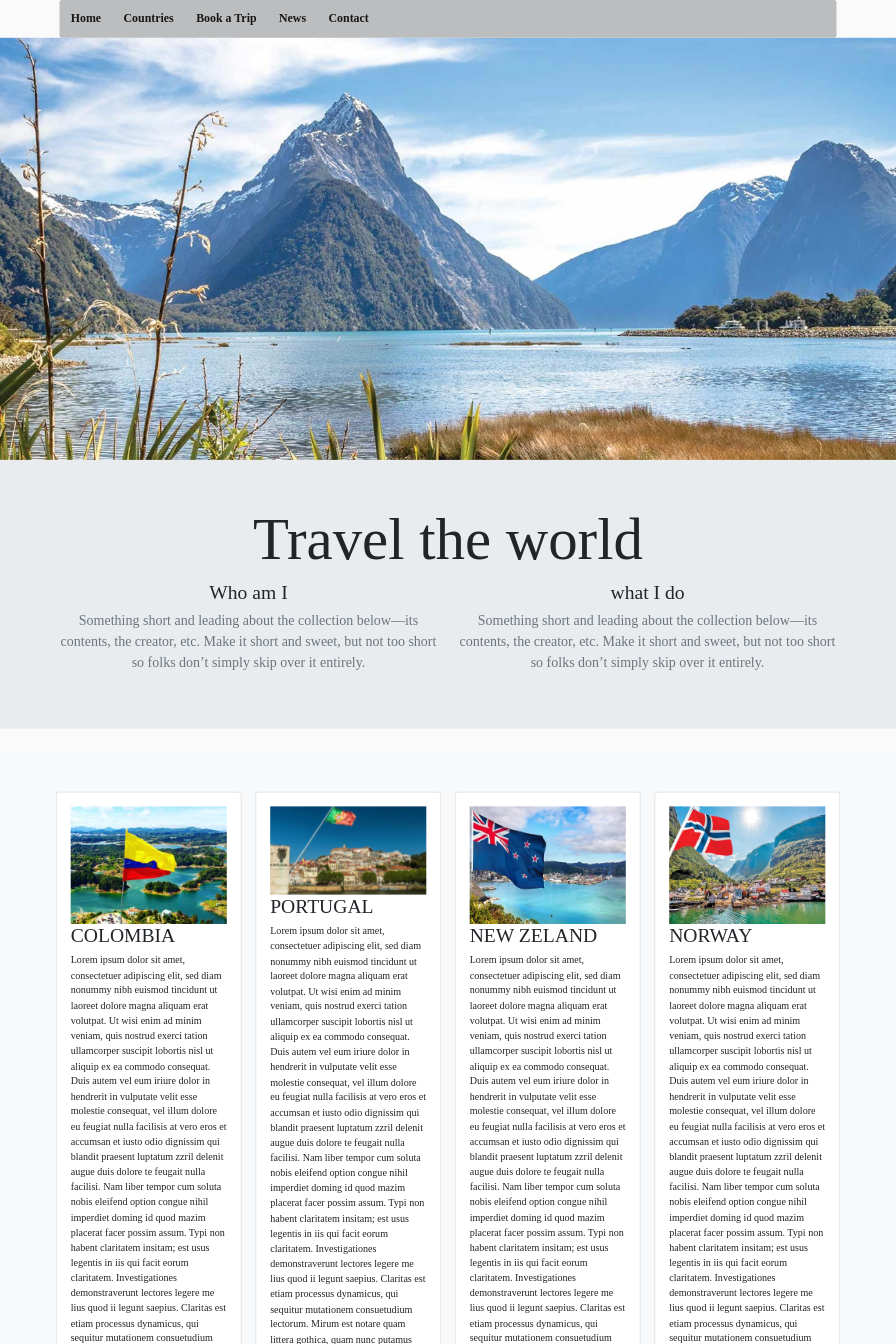
Repository: cachimiro/javaScript-project
Page: index.html
The author's editor kept a record of every edit. The page is drawn from the files as they stood at one moment, then again after the next edit.
The browser window is 1280 px wide. The pictures show the part of the page from y = 0 to 1920 px (the page is 3573 px tall), at 70% of full size.

Above is the page before.

After the next edit:
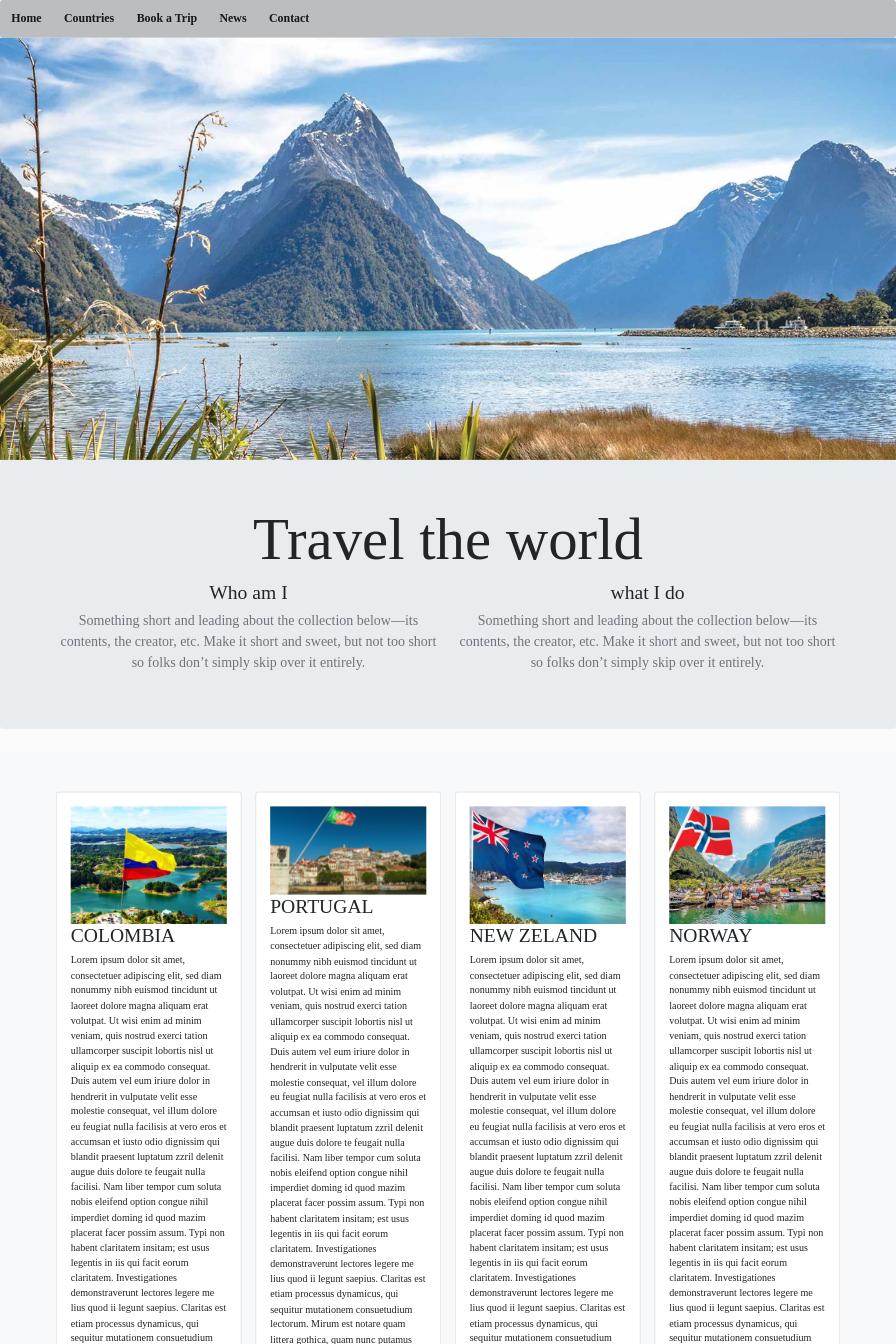
The edit:
--- a/index.html
+++ b/index.html
@@ -18,9 +18,7 @@
 
 <body>
 	<header>
-		<div class="container">
-			<div class="row">
-				<div class="col-12">
+
 		<div id="navbar">
 			<a href="#">Home</a>
 			<a href="#">Countries</a>
